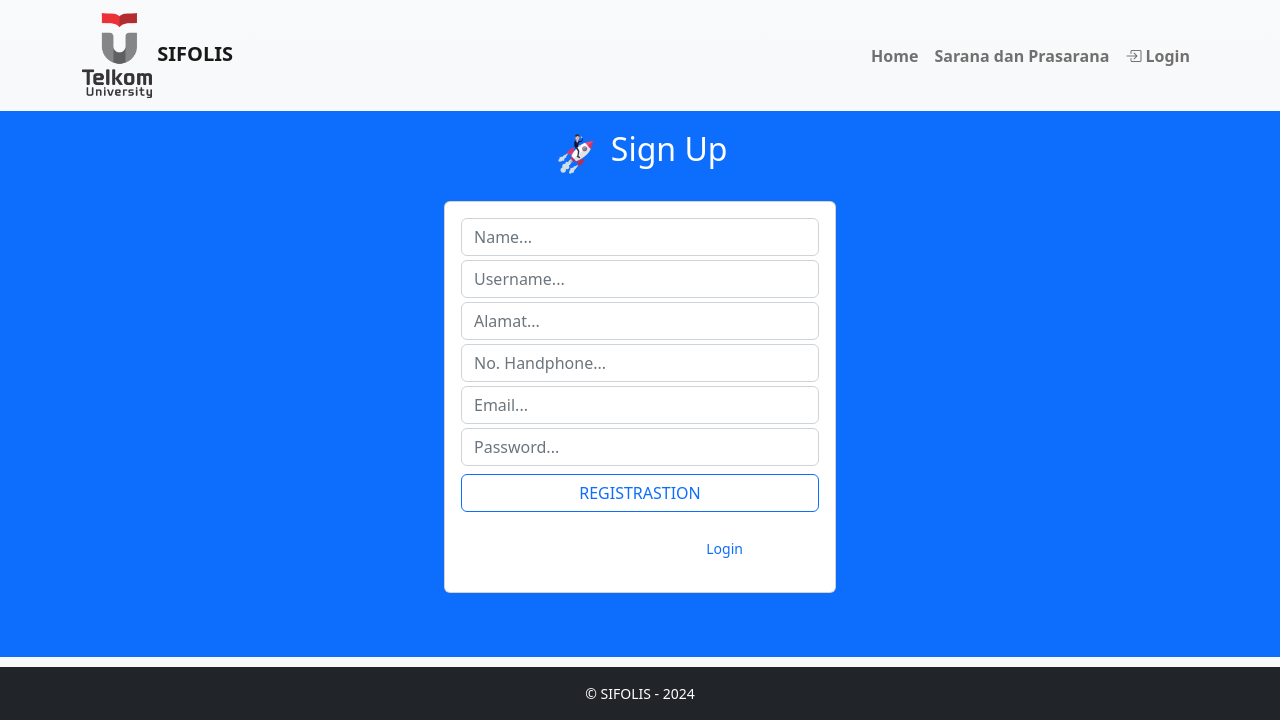
Repository: Audi87/uas_framework
Page: http://localhost/registrasi
These files come from the project's save history. The page is drawn as it stood at one moment and after the next save; the edit follows.
The browser window is 1280 px wide. The pictures show the whole page.
Some web libraries are served in a nearby version. The page is served by the project's Laravel application, run on PHP 8.4 with Laravel 10. Other server files are loaded and not shown.

Above is the page before, as saved 2024-06-13 21:25:26.

### routes/web.php
<?php

use App\Http\Controllers\{
    BarangController, ContactController, CustumerController, DataPeminjamanController, HistoryController,
    Home, LoginController, PeminjamanController, ProfilController, RegistrasiController,
    SaranaDanPrasaranaController, AdminController
};
use Illuminate\Support\Facades\Route;


Route::get('/', [Home::class, 'index'])->middleware('auth');

Route::get('/login', [LoginController::class, 'index'])->name('login')->middleware('guest');
Route::post('/login', [LoginController::class, 'login']);
Route::post('/logout', [LoginController::class, 'logout']);

Route::get('/registrasi', [RegistrasiController::class, 'index'])->middleware('guest');
Route::post('/registrasi', [RegistrasiController::class, 'registrasi']);

Route::get('/dashboard', function() {
    return view('dashboard.index', ['title' => 'Dashboard Admin']);
})->middleware('admin');

Route::get('/profil/{user:id}', [ProfilController::class, 'index'])->middleware('auth');

Route::get('/sarana dan prasarana', [SaranaDanPrasaranaController::class, 'index'])->middleware('auth');
Route::resource('/sarana-prasarana', BarangController::class)->middleware('admin');

Route::get('/peminjaman/{barang:id}', [PeminjamanController::class, 'index'])->middleware('auth');
Route::post('/peminjaman/{barang:id}', [PeminjamanController::class, 'peminjaman'])->middleware('auth');

Route::get('/history/{user:id}', [HistoryController::class, 'index'])->middleware('auth');

Route::get('/kembalikan/{id}', [PeminjamanController::class, 'kembalikan'])->middleware('auth');
Route::get('/detail-peminjaman/{id}', [PeminjamanController::class, 'detailPeminjaman'])->middleware('auth');

Route::get('/category/{id}', [SaranaDanPrasaranaController::class, 'category'])->middleware('auth');

Route::get('/custumer', [CustumerController::class, 'index'])->middleware('admin');
Route::get('/custumer/{user:id}', [CustumerController::class, 'detail'])->middleware('admin');

Route::get('/data-peminjaman', [DataPeminjamanController::class, 'index'])->middleware('admin');
Route::get('/data-peminjaman/{id}', [DataPeminjamanController::class, 'detail'])->middleware('admin');

Route::get('/contact', [ContactController::class, 'index'])->middleware('auth');

### app/Http/Controllers/RegistrasiController.php
<?php

namespace App\Http\Controllers;

use Illuminate\Support\Facades\App;
use App\Models\User;
use Illuminate\Http\Request;

class RegistrasiController extends Controller
{
    // Function untuk menampilkan view registrasi
    public function index()
    {
        return view('registrasi.registrasi', [
            'title' => 'Registrasi'
        ]);
    }

    // Function untuk proses registrasi
    public function registrasi(Request $request)
    {
        $validateData = $request->validate([
            'name' => ['required', 'min:4', 'max:255'],
            'username' => ['required', 'min:5', 'max:255'],
            'alamat' => ['required', 'min:5', 'max:255'],
            'no_handphone' => ['required', 'min:5', 'max:255'],
            'email' => ['required', 'min:5', 'max:255', 'unique:users'],
            'password' => ['required', 'min:5', 'max:255']
        ]);

        $validateData['password'] = bcrypt($validateData['password']);
        User::create($validateData);

        // Menampilkan Sweet Alert
        return redirect('/login')->with('success', 'successful registration');
    }
}

### resources/views/registrasi/registrasi.blade.php
@extends('layouts.main')

@section('content')

<div class="regis p-3 mb-2 bg-primary text-white">
    <div class="container-fluid p-40">
        <div class="row text-center mb-5">
            <div class="col-lg-4 offset-lg-4" >
                <h2>
                    <img src="img/pngwing.com (7).png" text-primary width="50" alt="" data-aos="flip-left" data-aos-duration="2000" >
                    Sign Up
                </h2>
            </div>
            <div class="col-lg-4 offset-lg-4 col-10 offset-1 mt-3">
                {{-- Form Registrasi --}}
                <div class="card">
                    <div class="card-body">
                        <form action="/registrasi" method="post">
                            @csrf
                            <div class="mb-1">
                                <input type="text" id="name" name="name" placeholder="Name..." value="{{ old('name') }}" class="form-control @error('name') is-invalid @enderror">
                                @error('name')
                                <div class="invalid-feedback">
                                    {{ $message }}
                                </div>
                                @enderror
                            </div>
                            <div class="mb-1">
                                <input type="text" id="username" name="username" placeholder="Username..." value="{{ old('username') }}" class="form-control @error('username') is-invalid @enderror">
                                @error('username')
                                <div class="invalid-feedback">
                                    {{ $message }}
                                </div>
                                @enderror
                            </div>
                            <div class="mb-1">
                                <input type="text" id="alamat" name="alamat" placeholder="Alamat..." value="{{ old('alamat') }}" class="form-control @error('alamat') is-invalid @enderror">
                                @error('alamat')
                                <div class="invalid-feedback">
                                    {{ $message }}
                                </div>
                                @enderror
                            </div>
                            <div class="mb-1">
                                <input type="number" id="no_handphone" name="no_handphone" placeholder="No. Handphone..." value="{{ old('no_handphone') }}" class="form-control @error('no_handphone') is-invalid @enderror">
                                @error('no_handphone')
                                <div class="invalid-feedback">
                                    {{ $message }}
                                </div>
                                @enderror
                            </div>
                            <div class="mb-1">
                                <input type="email" id="email" name="email" placeholder="Email..." value="{{ old('email') }}" class="form-control @error('email') is-invalid @enderror">
                                @error('email')
                                <div class="invalid-feedback">
                                    {{ $message }}
                                </div>
                                @enderror
                            </div>
                            <div class="mb-2">
                                <input type="password" id="password" name="password" placeholder="Password..." value="{{ old('password') }}" class="form-control @error('password') is-invalid @enderror">
                                @error('password')
                                <div class="invalid-feedback">
                                    {{ $message }}
                                </div>
                                @enderror
                            </div>
                            <div class="mb-4">
                                <button class="btn btn-outline-primary w-100" type="submit">REGISTRASTION</button>
                            </div>
                            <div>
                                <p><small>already have an account? <a href="login" class="text-decoration-none">Login</a></small></p>
                            </div>
                        </form>
                    </div>
                </div>
            </div>
        </div>
    </div>
</div>

@if(session('success'))
<script>
    Swal.fire({
        title: 'Registrasi Berhasil!',
        text: "{{ session('success') }}",
        icon: 'success',
        confirmButtonText: 'Ok'
    });
</script>
@endif

@endsection

### resources/views/layouts/main.blade.php
<!doctype html>
<html lang="en">
  <head>
    <meta charset="utf-8">
    <meta name="viewport" content="width=device-width, initial-scale=1">
    <title>{{ $title }}</title>

    <link rel="stylesheet" href="/css/stylee.css">

    {{-- Link Aos --}}
    <link rel="stylesheet" href="https://unpkg.com/aos@next/dist/aos.css" />

    {{-- Link Icons Bootstrap --}}
    <link rel="stylesheet" href="https://cdn.jsdelivr.net/npm/bootstrap-icons@1.9.1/font/bootstrap-icons.css">

    <link href="https://cdn.jsdelivr.net/npm/bootstrap@5.2.0/dist/css/bootstrap.min.css" rel="stylesheet" integrity="sha384-gH2yIJqKdNHPEq0n4Mqa/HGKIhSkIHeL5AyhkYV8i59U5AR6csBvApHHNl/vI1Bx" crossorigin="anonymous">
    <link href="https://fonts.googleapis.com/css2?family=Poppins:wght@400;500;600&display=swap" rel="stylesheet">
    <link rel="stylesheet" href="https://cdnjs.cloudflare.com/ajax/libs/font-awesome/6.4.0/css/all.min.css"
        integrity="sha512-iecdLmaskl7CVkqkXNQ/ZH/XLlvWZOJyj7Yy7tcenmpD1ypASozpmT/E0iPtmFIB46ZmdtAc9eNBvH0H/ZpiBw=="
        crossorigin="anonymous" referrerpolicy="no-referrer" />
  </head>
  <body class="bg-light">

    {{-- Include navbar --}}
    @include('navbar.navbar')

    {{-- Content --}}
    @yield('content')
    {{-- End Content --}}

    {{-- Include Footer --}}
    @include('footer.footer')

    <script src="https://cdn.jsdelivr.net/npm/bootstrap@5.2.0/dist/js/bootstrap.bundle.min.js" integrity="sha384-A3rJD856KowSb7dwlZdYEkO39Gagi7vIsF0jrRAoQmDKKtQBHUuLZ9AsSv4jD4Xa" crossorigin="anonymous"></script>

    <script src="https://unpkg.com/aos@next/dist/aos.js"></script>
    <script>
      AOS.init();
    </script>

    {{-- Js Jquery --}}
    <script src="/js/jquery.js"></script>

    {{-- Script js --}}
    <script src="/js/script.js"></script>

  </body>
</html>

### resources/views/navbar/navbar.blade.php
{{-- Navbar --}}
<nav class="navbar navbar-expand-lg bg-light bg-gradient navbar-light">
    <div class="container">
        <a class="navbar-brand" href="/"><img src="img/logo.png" width="70" alt="" data-aos="flip-left"
                data-aos-duration="2000"> SIFOLIS </a>
        <button class="navbar-toggler" type="button" data-bs-toggle="collapse" data-bs-target="#navbarNav"
            aria-controls="navbarNav" aria-expanded="false" aria-label="Toggle navigation">
            <span class="navbar-toggler-icon"></span>
        </button>
        <div class="collapse navbar-collapse" id="navbarNav">
            <ul class="navbar-nav ms-auto">
                <li class="nav-item">
                    <a class="nav-link {{ Request::is('/') ? 'active' : '' }}" aria-current="page"
                        href="/">Home</a>
                </li>
                <li class="nav-item">
                    <a class="nav-link {{ Request::is('sarana dan prasarana') ? 'active' : '' }}" aria-current="page"
                        href="/sarana dan prasarana">Sarana dan Prasarana</a>
                </li>

                @auth
                    <li class="nav-item dropdown">
                        <a class="nav-link dropdown-toggle" href="#" role="button" data-bs-toggle="dropdown"
                            aria-expanded="false">
                            <i class="bi bi-person-lines-fill"></i> Welcome, {{ auth()->user()->username }}
                        </a>
                        <ul class="dropdown-menu">
                            @can('admin')
                                <li><a class="dropdown-item" href="/dashboard">Dashboard Admin</a></li>
                            @endcan
                            <li><a class="dropdown-item" href="/history/{{ auth()->user()->id }}">Peminjaman</a></li>
                            <li><a class="dropdown-item" href="/contact">Contact Us</a></li>
                            <li><a class="dropdown-item" href="/profil/{{ auth()->user()->id }}"><i
                                        class="bi bi-person-lines-fill"></i> My Profil</a></li>
                            <li>
                                <hr class="dropdown-divider">
                            </li>
                            {{-- Form Logout --}}
                            <form action="/logout" method="post">
                                @csrf
                                <button type="submit" class="dropdown-item"
                                    onclick="return confirm('sure want to go out?')"><i class="bi bi-box-arrow-in-left"></i>
                                    Logout</button>
                            </form>
                            {{-- End From --}}
                        </ul>
                    </li>
                @else
                    <li class="nav-item">
                        <a class="nav-link {{ Request::is('login') ? 'active' : '' }}" href="/login"><i
                                class="bi bi-box-arrow-in-right"></i> Login</a>
                    </li>
                @endauth

            </ul>
        </div>
    </div>
</nav>
{{-- End Navbar --}}

### resources/views/footer/footer.blade.php
<div class="container">
    <!-- Konten Halaman di sini -->
</div>
<div class="fixed-bottom">
<footer class="container-fluid bg-dark text-white text-center">
    <div class="container1">
        <div class="row">
            <div class="col-lg-12">
                <small><p class="mt-3">&copy; SIFOLIS - 2024</p></small>
            </div>
        </div>
    </div>
    </div>
</footer>

### public/css/stylee.css
nav ul li {
    font-weight: bold;
}

nav a {
    font-weight: bold;
}

nav ul li:hover {
    background-color: black;
    opacity: 0.8;
    border-radius: 17px;
    text-decoration: underline;
}

### public/js/script.js
$(document).ready(function(){


    window.setTimeout(function(){
        $('.alert').fadeTo(300, 0).slideUp(300, function(){
            $(this).remove();
        });
    }, 4000);

    // Js Show password
    $('#flexCheckDefault').click(function(){
        if($(this).is(':checked')){
            $('#password').attr('type', 'text')
        }else{
            $('#password').attr('type', 'password')
        }
    });

});

Loaded but not shown: app/Http/Controllers/Controller.php (common file); public/js/jquery.js (library)

After the next save:
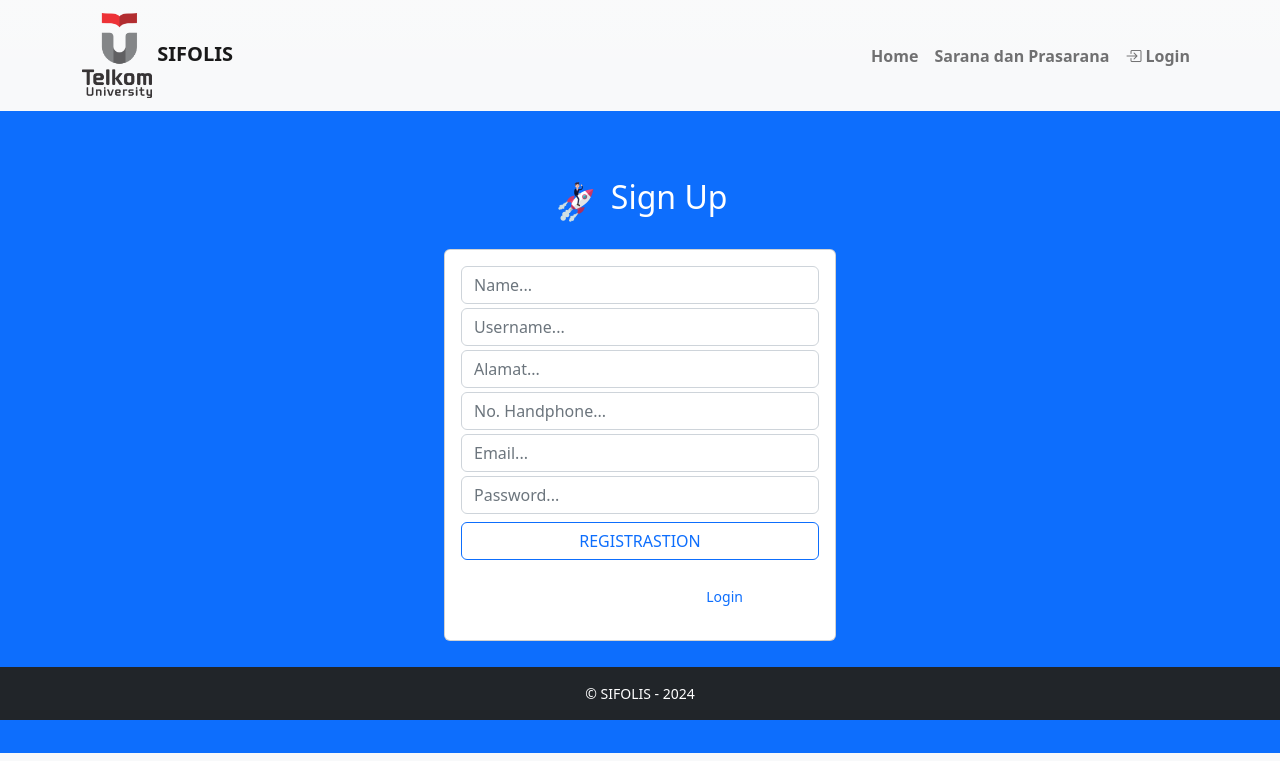
Saved 20 s later.
--- a/resources/views/registrasi/registrasi.blade.php
+++ b/resources/views/registrasi/registrasi.blade.php
@@ -3,7 +3,7 @@
 @section('content')
 
 <div class="regis p-3 mb-2 bg-primary text-white">
-    <div class="container-fluid p-40">
+    <div class="container-fluid py-5">
         <div class="row text-center mb-5">
             <div class="col-lg-4 offset-lg-4" >
                 <h2>

After the save that followed:
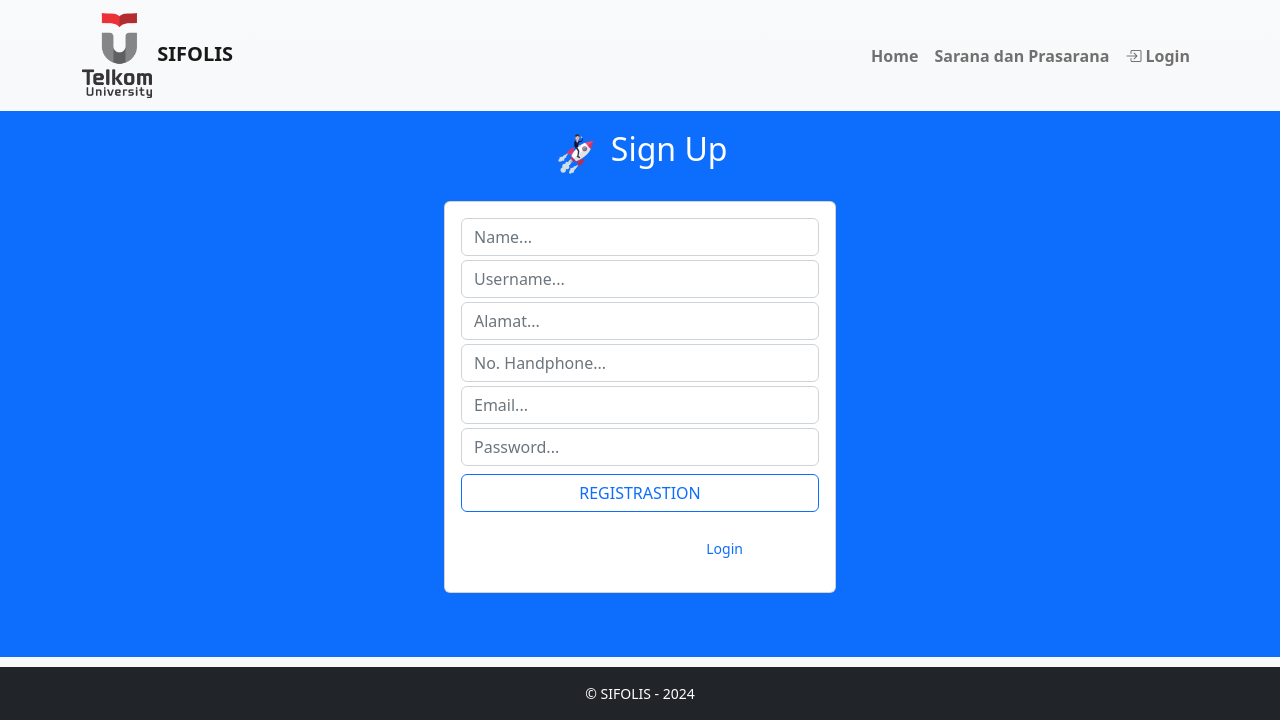
Saved 6 s later.
--- a/resources/views/registrasi/registrasi.blade.php
+++ b/resources/views/registrasi/registrasi.blade.php
@@ -3,7 +3,7 @@
 @section('content')
 
 <div class="regis p-3 mb-2 bg-primary text-white">
-    <div class="container-fluid py-5">
+    <div class="container-fluid py-40">
         <div class="row text-center mb-5">
             <div class="col-lg-4 offset-lg-4" >
                 <h2>
